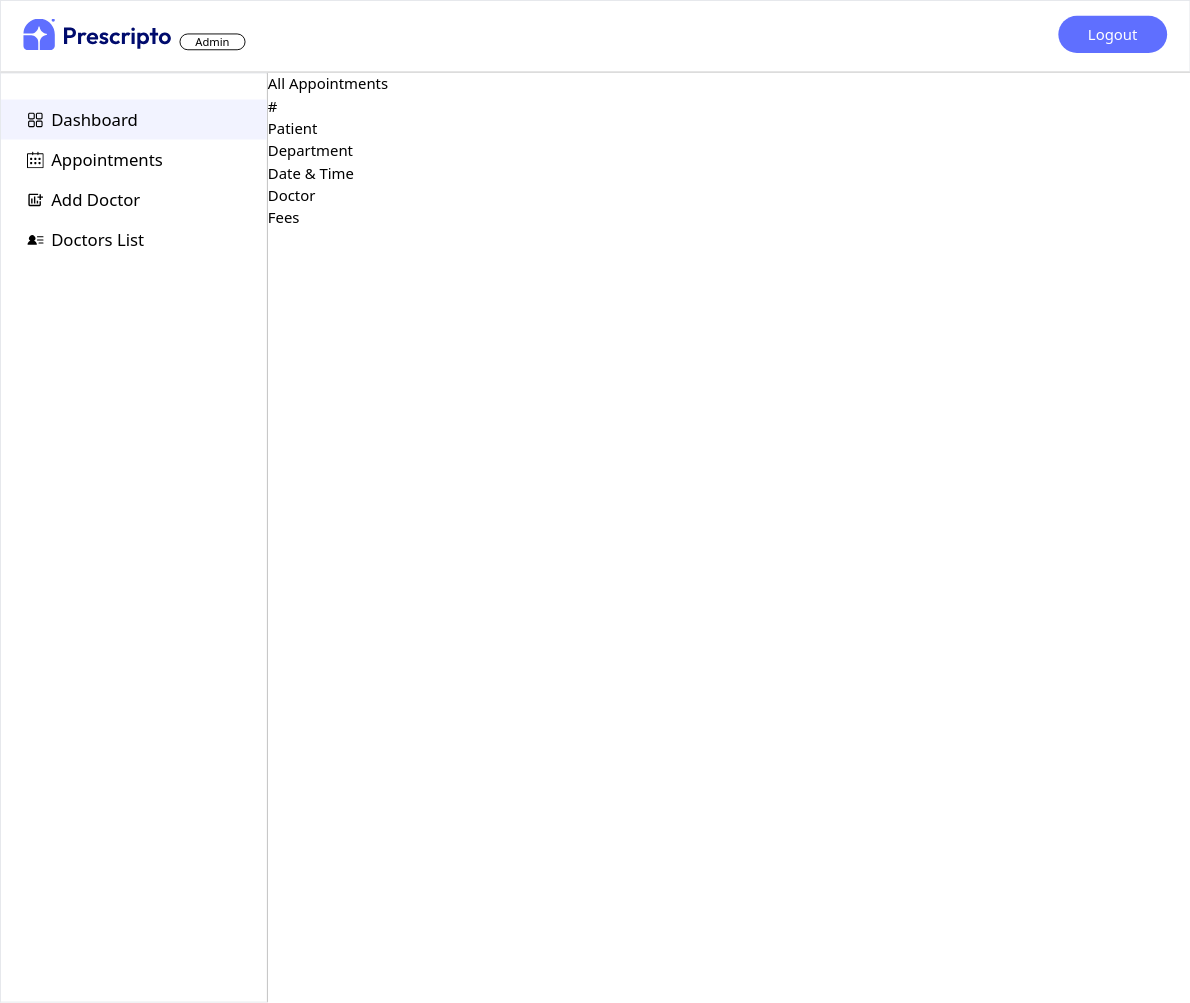
Repository: AzizHamdi99/Prescripto
Page: /allAppointments (app in AdminPanel/)
These files come from the project's save history. The page is drawn as it stood at one moment and after the next save; the edit follows.
The browser window is 1280 px wide. The pictures show the whole page, at 93% of full size.
The page's requests for data from a server got no answer. The project was rebuilt for these pictures with package versions that can differ from the ones it lists, and the page was loaded fresh each time. No one was signed in, and anything a server would have sent is missing. Also part of the build but not shown: AdminPanel/vite.config.js, AdminPanel/src/componants/AddDoctor.jsx, AdminPanel/src/componants/DocotorsList.jsx.

Above is the page before, as saved 2025-01-17 13:05:10.

### AdminPanel/index.html
<!doctype html>
<html lang="en">
  <head>
    <meta charset="UTF-8" />
    <link rel="icon" type="image/svg+xml" href="/vite.svg" />
    <meta name="viewport" content="width=device-width, initial-scale=1.0" />
    <title>Prescripto Admin</title>
  </head>
  <body>
    <div id="root"></div>
    <script type="module" src="/src/main.jsx"></script>
  </body>
</html>

### AdminPanel/src/main.jsx
import { StrictMode } from 'react'
import { createRoot } from 'react-dom/client'
import './index.css'
import App from './App.jsx'
import { BrowserRouter } from "react-router-dom";

createRoot(document.getElementById('root')).render(
  <BrowserRouter>
    <App />
  </BrowserRouter>,
)

### AdminPanel/src/App.jsx
import { useState } from 'react'
import{Route,Routes} from 'react-router-dom'

import './App.css'
import Navbar from './componants/Navbar'
import SideBar from './componants/SideBar'
import AddDoctor from './componants/AddDoctor'
import DocotorsList from './componants/DocotorsList'
import AllAppointments from './componants/AllAppointments'

function App() {


  return (
    <div>
      <Navbar/>
      <div className='flex'>
      <SideBar/>
      <Routes>
      <Route path='/addDoctor' element={<AddDoctor/>}/>
      <Route path='/doctorsList' element={<DocotorsList/>}/>
      <Route path='allAppointments' element={<AllAppointments/>}/>
      </Routes>
      </div>
    </div>

  )
}

export default App

### AdminPanel/src/componants/Navbar.jsx
import React from 'react'
import { assets } from '../../../frontend/src/assets/assets_frontend/assets'

function Navbar() {
  return (
    <div className='flex items-center justify-between px-6 py-4 pb-5 border-b-[#BEBEBE] border-[1px]  '>
        <div className='flex items-center justify-center'>
        <img src={assets.logo} alt="" className=' w-40 mr-2'  />
         <p className=' px-4 border-black border 1 rounded-xl font-light text-xs relative top-2'>Admin</p>
                </div>
        <span className='py-2 px-8 rounded-3xl bg-[#5F6FFF] text-white'>Logout</span>



    </div>
  )
}

export default Navbar

### AdminPanel/src/componants/SideBar.jsx
import React from 'react'
import { assets } from '../../../frontend/src/assets/assets_frontend/assets'
import { RxDashboard } from "react-icons/rx";
import { SlCalender } from "react-icons/sl";
import { MdAddChart } from "react-icons/md";
import { PiUserListFill } from "react-icons/pi";
import { useNavigate } from 'react-router-dom';


function SideBar() {
  const navigate=useNavigate();
  return (
    <div className='flex flex-col py-7 w-72 text-[18px] border-r-[#BEBEBE] border-[1px] h-[1000px]'>
        <div className='flex items-center gap-2  px-7 py-2 bg-[#F2F3FF] cursor-pointer'>
        <RxDashboard />
        <p>Dashboard</p>
        </div>
        <div onClick={()=>navigate("/allAppointments")} className='flex items-center gap-2 px-7 py-2  cursor-pointer' >
        <SlCalender />
        <p>Appointments</p>
        </div>
        <div onClick={()=>navigate("/addDoctor")} className='flex items-center gap-2 px-7 py-2  cursor-pointer'>
        <MdAddChart />
        <p>Add Doctor</p>
        </div>
        <div onClick={()=>navigate("/doctorsList")}  className='flex items-center gap-2 px-7 py-2  cursor-pointer'>
        <PiUserListFill />
        <p>Doctors List</p>
        </div>

    </div>
  )
}

export default SideBar

### AdminPanel/src/componants/AllAppointments.jsx
import axios from 'axios'
import React, { useEffect, useState } from 'react'

function AllAppointments() {
const[appointments,setAppointments]=useState([])
const [users,setUsers]=useState([])
const [doctors,setDoctors]=useState([])

useEffect(()=>{
    const getAllApointments=async()=>{
        try{
            const response=await axios.get('http://localhost:3000/api/appointment/getAllAppointments')
            setAppointments(response.data)
         //   console.log(response.data)
            console.log(appointments)
        }catch(eroor){
            console.log(eroor)
        }
    }

    const getAllUsers=async()=>{
        try{
            const response=await axios.get('http://localhost:3000/api/user/getAllUsers')
            setUsers(response.data)
            console.log(users)
        }catch(error){
            console.log(error)
        }
    }
    const getAllDoctors=async()=>{
        try{
            const response= await axios.get('http://localhost:3000/api/doctors/getAllDoctors')
            //console.log(response.data)
            setDoctors(response.data);

        }catch(error){
            console.error('eroorr fetching daata',error)
        }


    }
    getAllApointments()
    getAllUsers()
    getAllDoctors()

},[])
useEffect(() => {
    console.log( appointments); // Log updated state
}, [appointments]); // Log whenever the state changes

  return (
    <div>
        <p>All Appointments</p>
        <div>
            <div>
                <p>#</p>
                <p>Patient</p>
                <p>Department</p>
                <p>Date & Time</p>
                <p>Doctor</p>
                <p>Fees</p>
            </div>
            <div>
                {appointments.map((item)=>{
                    const user=users.find((u)=>u.id==item.user_id)
                    const doctor=doctors.find((d)=>d.id==item.doctor_id)
                    return(
                        <div>
                            <p>{item.id}</p>
                            <p>{user.name}</p>
                            <p>{doctor.speciality}</p>
                            <p>{item.time}</p>
                            <div>
                                <img src={`http://localhost:3000/${doctor.image}`} alt="" />
                                <p>{doctor.name}</p>

                            </div>
                            <p>{doctor.fees}</p>

                        </div>
                    )




                })}

            </div>

        </div>

    </div>
  )
}

export default AllAppointments

### frontend/src/assets/assets_frontend/assets.js
import appointment_img from './appointment_img.png'
import header_img from './header_img.png'
import group_profiles from './group_profiles.png'
import profile_pic from './profile_pic.png'
import contact_image from './contact_image.png'
import about_image from './about_image.png'
import logo from './logo.svg'
import dropdown_icon from './dropdown_icon.svg'
import dropup_icon from './arrow-drop-up.svg'
import menu_icon from './menu_icon.svg'
import cross_icon from './cross_icon.png'
import chats_icon from './chats_icon.svg'
import verified_icon from './verified_icon.svg'
import arrow_icon from './arrow_icon.svg'
import info_icon from './info_icon.svg'
import upload_icon from './upload_icon.png'
import stripe_logo from './stripe_logo.png'
import razorpay_logo from './razorpay_logo.png'
import doc1 from './doc1.png'
import doc2 from './doc2.png'
import doc3 from './doc3.png'
import doc4 from './doc4.png'
import doc5 from './doc5.png'
import doc6 from './doc6.png'
import doc7 from './doc7.png'
import doc8 from './doc8.png'
import doc9 from './doc9.png'
import doc10 from './doc10.png'
import doc11 from './doc11.png'
import doc12 from './doc12.png'
import doc13 from './doc13.png'
import doc14 from './doc14.png'
import doc15 from './doc15.png'
import Dermatologist from './Dermatologist.svg'
import Gastroenterologist from './Gastroenterologist.svg'
import General_physician from './General_physician.svg'
import Gynecologist from './Gynecologist.svg'
import Neurologist from './Neurologist.svg'
import Pediatricians from './Pediatricians.svg'
import uploadare from './upload_area.png'


export const assets = {
    appointment_img,
    header_img,
    group_profiles,
    logo,
    chats_icon,
    verified_icon,
    info_icon,
    profile_pic,
    arrow_icon,
    contact_image,
    about_image,
    menu_icon,
    cross_icon,
    dropdown_icon,
    upload_icon,
    stripe_logo,
    razorpay_logo,
    dropup_icon,
    uploadare
}

export const specialityData = [
    {
        speciality: 'General physician',
        image: General_physician
    },
    {
        speciality: 'Gynecologist',
        image: Gynecologist
    },
    {
        speciality: 'Dermatologist',
        image: Dermatologist
    },
    {
        speciality: 'Pediatricians',
        image: Pediatricians
    },
    {
        speciality: 'Neurologist',
        image: Neurologist
    },
    {
        speciality: 'Gastroenterologist',
        image: Gastroenterologist
    },
]

export const doctors = [
    {
        _id: 'doc1',
        name: 'Dr. Richard James',
        image: doc1,
        speciality: 'General physician',
        degree: 'MBBS',
        experience: '4 Years',
        about: 'Dr. Davis has a strong commitment to delivering comprehensive medical care, focusing on preventive medicine, early diagnosis, and effective treatment strategies. Dr. Davis has a strong commitment to delivering comprehensive medical care, focusing on preventive medicine, early diagnosis, and effective treatment strategies.',
        fees: 50,
        address: {
            line1: '17th Cross, Richmond',
            line2: 'Circle, Ring Road, London'
        }
    },
    {
        _id: 'doc2',
        name: 'Dr. Emily Larson',
        image: doc2,
        speciality: 'Gynecologist',
        degree: 'MBBS',
        experience: '3 Years',
        about: 'Dr. Davis has a strong commitment to delivering comprehensive medical care, focusing on preventive medicine, early diagnosis, and effective treatment strategies. Dr. Davis has a strong commitment to delivering comprehensive medical care, focusing on preventive medicine, early diagnosis, and effective treatment strategies.',
        fees: 60,
        address: {
            line1: '27th Cross, Richmond',
            line2: 'Circle, Ring Road, London'
        }
    },
    {
        _id: 'doc3',
        name: 'Dr. Sarah Patel',
        image: doc3,
        speciality: 'Dermatologist',
        degree: 'MBBS',
        experience: '1 Years',
        about: 'Dr. Davis has a strong commitment to delivering comprehensive medical care, focusing on preventive medicine, early diagnosis, and effective treatment strategies. Dr. Davis has a strong commitment to delivering comprehensive medical care, focusing on preventive medicine, early diagnosis, and effective treatment strategies.',
        fees: 30,
        address: {
            line1: '37th Cross, Richmond',
            line2: 'Circle, Ring Road, London'
        }
    },
    {
        _id: 'doc4',
        name: 'Dr. Christopher Lee',
        image: doc4,
        speciality: 'Pediatricians',
        degree: 'MBBS',
        experience: '2 Years',
        about: 'Dr. Davis has a strong commitment to delivering comprehensive medical care, focusing on preventive medicine, early diagnosis, and effective treatment strategies. Dr. Davis has a strong commitment to delivering comprehensive medical care, focusing on preventive medicine, early diagnosis, and effective treatment strategies.',
        fees: 40,
        address: {
            line1: '47th Cross, Richmond',
            line2: 'Circle, Ring Road, London'
        }
    },
    {
        _id: 'doc5',
        name: 'Dr. Jennifer Garcia',
        image: doc5,
        speciality: 'Neurologist',
        degree: 'MBBS',
        experience: '4 Years',
        about: 'Dr. Davis has a strong commitment to delivering comprehensive medical care, focusing on preventive medicine, early diagnosis, and effective treatment strategies. Dr. Davis has a strong commitment to delivering comprehensive medical care, focusing on preventive medicine, early diagnosis, and effective treatment strategies.',
        fees: 50,
        address: {
            line1: '57th Cross, Richmond',
            line2: 'Circle, Ring Road, London'
        }
    },
    {
        _id: 'doc6',
        name: 'Dr. Andrew Williams',
        image: doc6,
        speciality: 'Neurologist',
        degree: 'MBBS',
        experience: '4 Years',
        about: 'Dr. Davis has a strong commitment to delivering comprehensive medical care, focusing on preventive medicine, early diagnosis, and effective treatment strategies. Dr. Davis has a strong commitment to delivering comprehensive medical care, focusing on preventive medicine, early diagnosis, and effective treatment strategies.',
        fees: 50,
        address: {
            line1: '57th Cross, Richmond',
            line2: 'Circle, Ring Road, London'
        }
    },
    {
        _id: 'doc7',
        name: 'Dr. Christopher Davis',
        image: doc7,
        speciality: 'General physician',
        degree: 'MBBS',
        experience: '4 Years',
        about: 'Dr. Davis has a strong commitment to delivering comprehensive medical care, focusing on preventive medicine, early diagnosis, and effective treatment strategies. Dr. Davis has a strong commitment to delivering comprehensive medical care, focusing on preventive medicine, early diagnosis, and effective treatment strategies.',
        fees: 50,
        address: {
            line1: '17th Cross, Richmond',
            line2: 'Circle, Ring Road, London'
        }
    },
    {
        _id: 'doc8',
        name: 'Dr. Timothy White',
        image: doc8,
        speciality: 'Gynecologist',
        degree: 'MBBS',
        experience: '3 Years',
        about: 'Dr. Davis has a strong commitment to delivering comprehensive medical care, focusing on preventive medicine, early diagnosis, and effective treatment strategies. Dr. Davis has a strong commitment to delivering comprehensive medical care, focusing on preventive medicine, early diagnosis, and effective treatment strategies.',
        fees: 60,
        address: {
            line1: '27th Cross, Richmond',
            line2: 'Circle, Ring Road, London'
        }
    },
    {
        _id: 'doc9',
        name: 'Dr. Ava Mitchell',
        image: doc9,
        speciality: 'Dermatologist',
        degree: 'MBBS',
        experience: '1 Years',
        about: 'Dr. Davis has a strong commitment to delivering comprehensive medical care, focusing on preventive medicine, early diagnosis, and effective treatment strategies. Dr. Davis has a strong commitment to delivering comprehensive medical care, focusing on preventive medicine, early diagnosis, and effective treatment strategies.',
        fees: 30,
        address: {
            line1: '37th Cross, Richmond',
            line2: 'Circle, Ring Road, London'
        }
    },
    {
        _id: 'doc10',
        name: 'Dr. Jeffrey King',
        image: doc10,
        speciality: 'Pediatricians',
        degree: 'MBBS',
        experience: '2 Years',
        about: 'Dr. Davis has a strong commitment to delivering comprehensive medical care, focusing on preventive medicine, early diagnosis, and effective treatment strategies. Dr. Davis has a strong commitment to delivering comprehensive medical care, focusing on preventive medicine, early diagnosis, and effective treatment strategies.',
        fees: 40,
        address: {
            line1: '47th Cross, Richmond',
            line2: 'Circle, Ring Road, London'
        }
    },
    {
        _id: 'doc11',
        name: 'Dr. Zoe Kelly',
        image: doc11,
        speciality: 'Neurologist',
        degree: 'MBBS',
        experience: '4 Years',
        about: 'Dr. Davis has a strong commitment to delivering comprehensive medical care, focusing on preventive medicine, early diagnosis, and effective treatment strategies. Dr. Davis has a strong commitment to delivering comprehensive medical care, focusing on preventive medicine, early diagnosis, and effective treatment strategies.',
        fees: 50,
        address: {
            line1: '57th Cross, Richmond',
            line2: 'Circle, Ring Road, London'
        }
    },
    {
        _id: 'doc12',
        name: 'Dr. Patrick Harris',
        image: doc12,
        speciality: 'Neurologist',
        degree: 'MBBS',
        experience: '4 Years',
        about: 'Dr. Davis has a strong commitment to delivering comprehensive medical care, focusing on preventive medicine, early diagnosis, and effective treatment strategies. Dr. Davis has a strong commitment to delivering comprehensive medical care, focusing on preventive medicine, early diagnosis, and effective treatment strategies.',
        fees: 50,
        address: {
            line1: '57th Cross, Richmond',
            line2: 'Circle, Ring Road, London'
        }
    },
    {
        _id: 'doc13',
        name: 'Dr. Chloe Evans',
        image: doc13,
        speciality: 'General physician',
        degree: 'MBBS',
        experience: '4 Years',
        about: 'Dr. Davis has a strong commitment to delivering comprehensive medical care, focusing on preventive medicine, early diagnosis, and effective treatment strategies. Dr. Davis has a strong commitment to delivering comprehensive medical care, focusing on preventive medicine, early diagnosis, and effective treatment strategies.',
        fees: 50,
        address: {
            line1: '17th Cross, Richmond',
            line2: 'Circle, Ring Road, London'
        }
    },
    {
        _id: 'doc14',
        name: 'Dr. Ryan Martinez',
        image: doc14,
        speciality: 'Gynecologist',
        degree: 'MBBS',
        experience: '3 Years',
        about: 'Dr. Davis has a strong commitment to delivering comprehensive medical care, focusing on preventive medicine, early diagnosis, and effective treatment strategies. Dr. Davis has a strong commitment to delivering comprehensive medical care, focusing on preventive medicine, early diagnosis, and effective treatment strategies.',
        fees: 60,
        address: {
            line1: '27th Cross, Richmond',
            line2: 'Circle, Ring Road, London'
        }
    },
    {
        _id: 'doc15',
        name: 'Dr. Amelia Hill',
        image: doc15,
        speciality: 'Dermatologist',
        degree: 'MBBS',
        experience: '1 Years',
        about: 'Dr. Davis has a strong commitment to delivering comprehensive medical care, focusing on preventive medicine, early diagnosis, and effective treatment strategies. Dr. Davis has a strong commitment to delivering comprehensive medical care, focusing on preventive medicine, early diagnosis, and effective treatment strategies.',
        fees: 30,
        address: {
            line1: '37th Cross, Richmond',
            line2: 'Circle, Ring Road, London'
        }
    },
]

Loaded but not shown: AdminPanel/src/index.css (common file); AdminPanel/tailwind.config.js (common file); AdminPanel/src/App.css (no stored copy; drawn as an empty file)

After the next save:
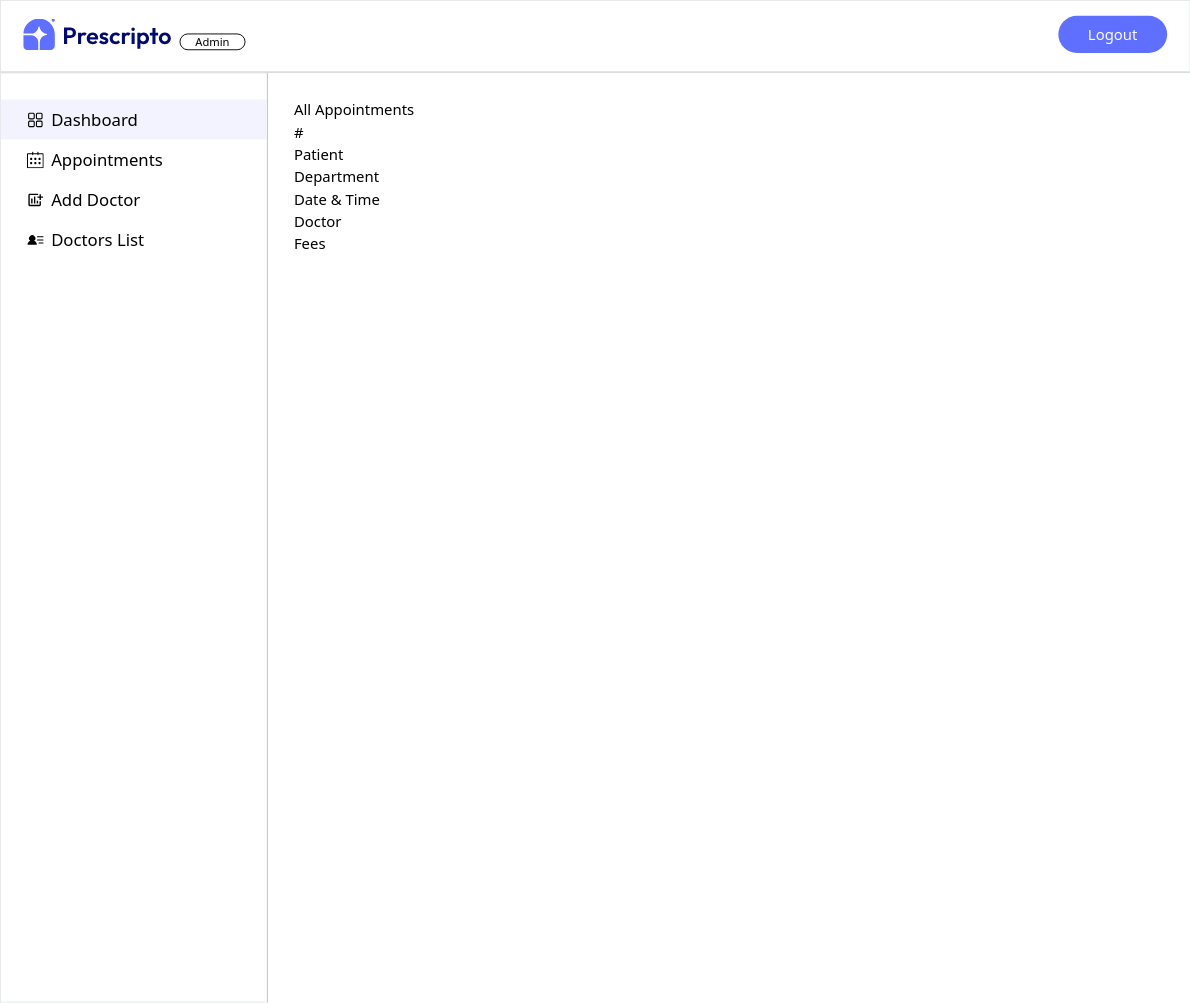
Saved 41 s later.
--- a/AdminPanel/src/componants/AllAppointments.jsx
+++ b/AdminPanel/src/componants/AllAppointments.jsx
@@ -49,7 +49,7 @@
 }, [appointments]); // Log whenever the state changes
 
   return (
-    <div>
+    <div className='p-7'>
         <p>All Appointments</p>
         <div>
             <div>
